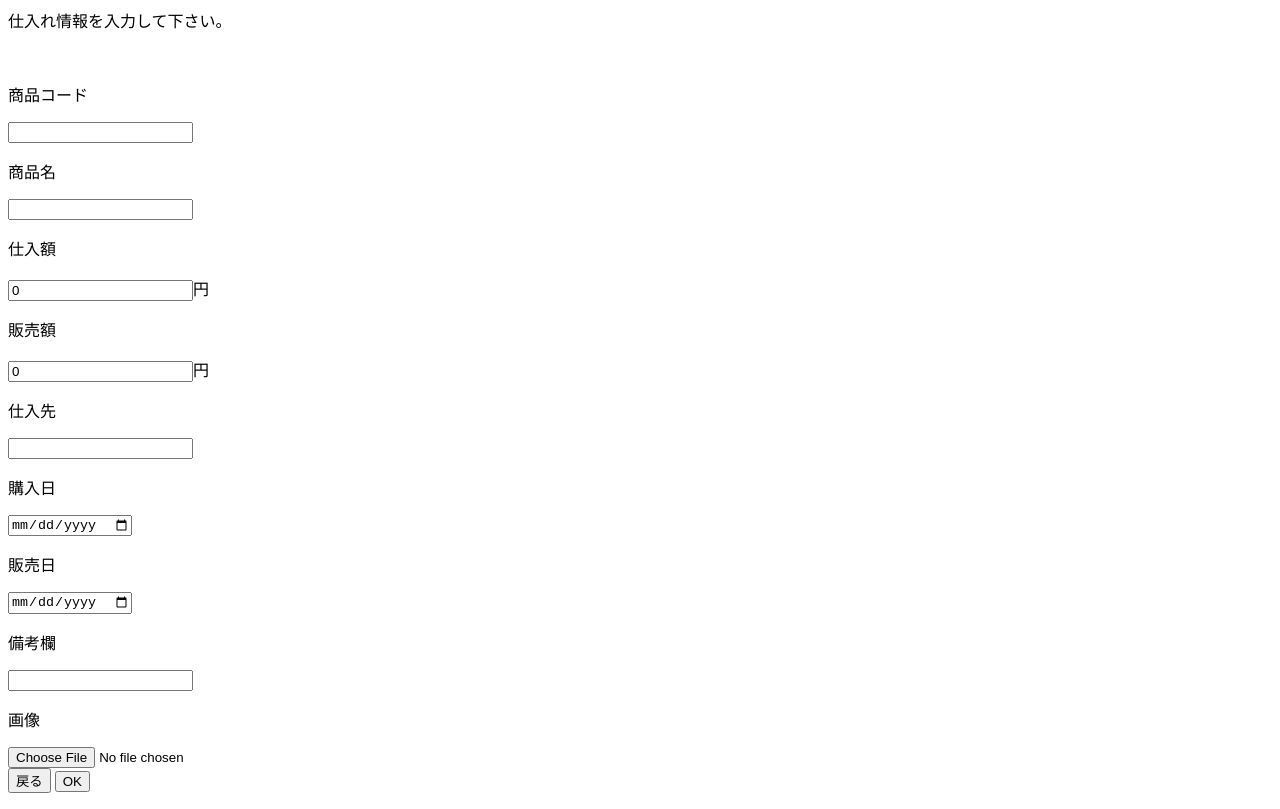
Repository: hayashikazuki/quroud9
Page: http://localhost/hurugi_keisan/product/hurugi_add.php
The author's editor kept a record of every edit. The page is drawn from the files as they stood at one moment, then again after the next edit.
The browser window is 1280 px wide. The pictures show the whole page.
The page is run by PHP 8.4 with error messages shown; the project is at /var/www/html/.

Above is the page before.

### hurugi_keisan/product/hurugi_add.php
<!DOCTTYPE>
<html lang="ja">
    <head>
        <meta charaset="UTF-8">
        <title>古着管理アプリ</title>
    </head>
    <body>
        <p>仕入れ情報を入力して下さい。</p>
        <br />
        <form action="hurugi_add_check.php" method="post" enctype="multipart/form-data">
            <p>商品コード</p>
            <input type="text" name="namecode" required>
            <br />
            <p>商品名</p>
            <input type="text" name="name" required>
            <br />
            <p>仕入額</p>
            <input type="text" name="stocking" value="0">円
            <br />
            <p>販売額</p>
            <input type="text" name="sale" value="0">円
            <br />
            <p>仕入先</p>
            <input type="text" name="shop" required>
            <br />
            <p>購入日</p>
            <input type="date" name="date">
            <br />
            <p>販売日</p>
            <input type="date" name="saledate">
            <br />
            <p>備考欄</p>
            <input type="text" name="remarks">
            <br />
            <p>画像</p>
            <input type="file" name="gazou">
            <br />
            <input type="button" onclick="history.back()" value="戻る">
            <input type="submit" value="OK">
        </form>
    </body>
</html>

After the next edit:
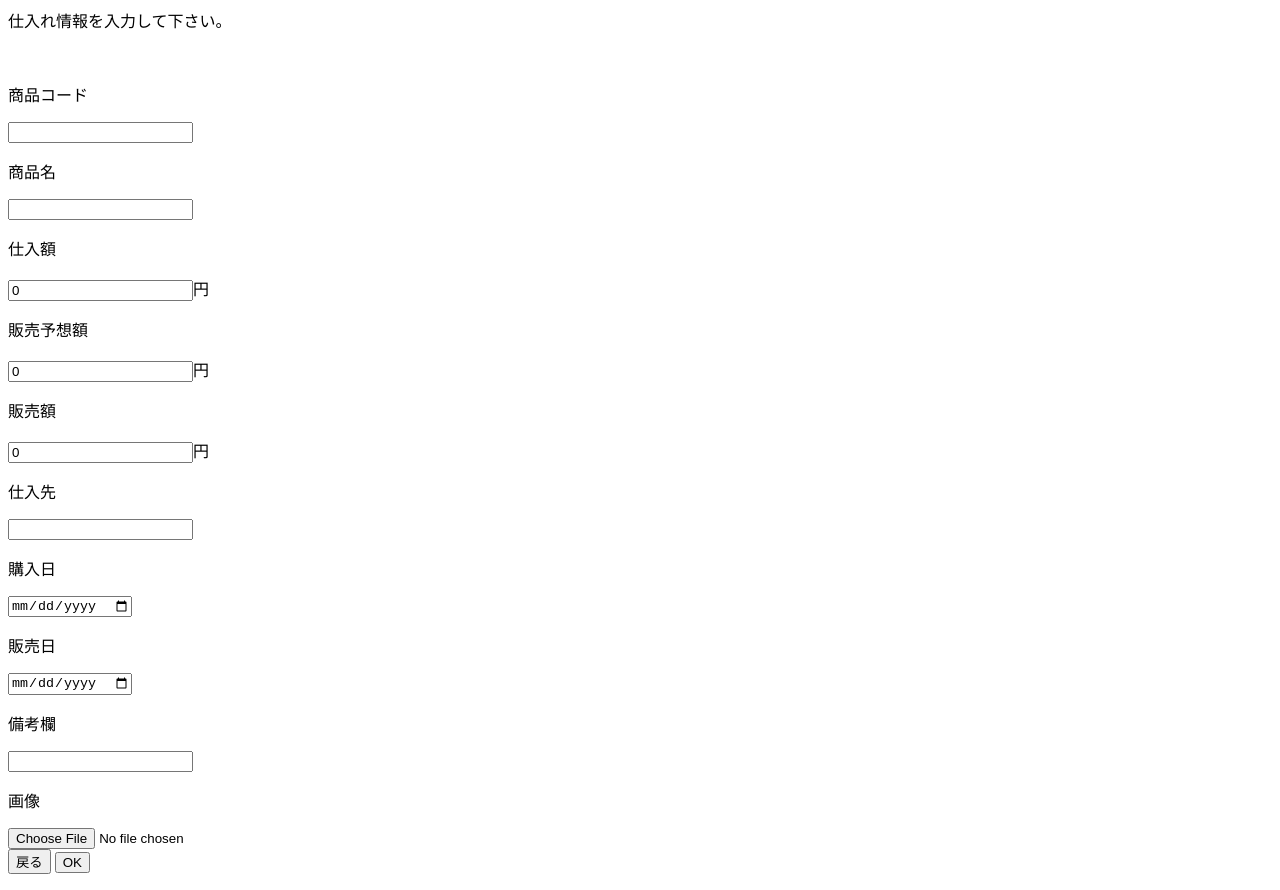
The edit:
--- a/hurugi_keisan/product/hurugi_add.php
+++ b/hurugi_keisan/product/hurugi_add.php
@@ -16,6 +16,9 @@
             <br />
             <p>仕入額</p>
             <input type="text" name="stocking" value="0">円
+            <br />
+            <p>販売予想額</p>
+            <input type="text" name="expect" value="0">円
             <br />
             <p>販売額</p>
             <input type="text" name="sale" value="0">円
